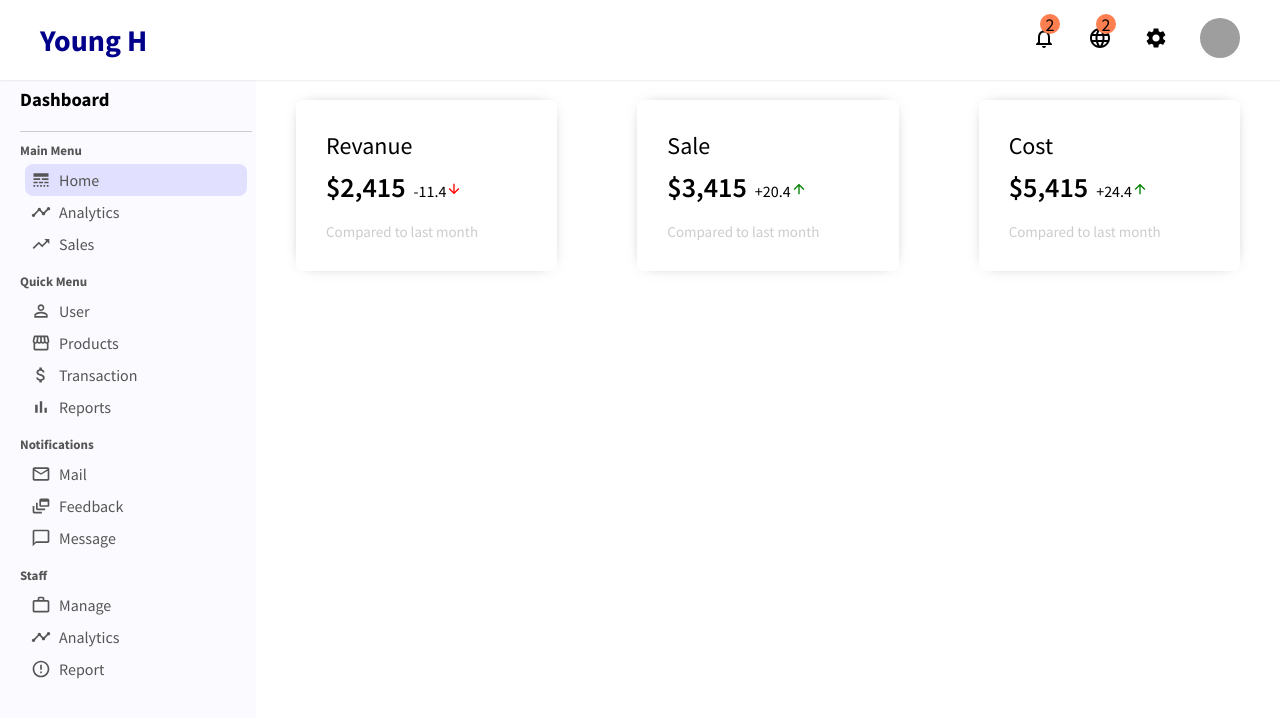
Repository: noname20011/admin
Page: /
An editor plug-in stored every save of this project. The page is shown before and after the next save, followed by the edit.
The browser window is 1280 px wide. The pictures show the whole page.
Pictures or frames that could not be fetched are drawn as grey boxes. The project was rebuilt for these pictures with package versions that can differ from the ones it lists, and the page was loaded fresh each time.

Above is the page before, as saved 2021-11-13 11:20:18.

After the next save:
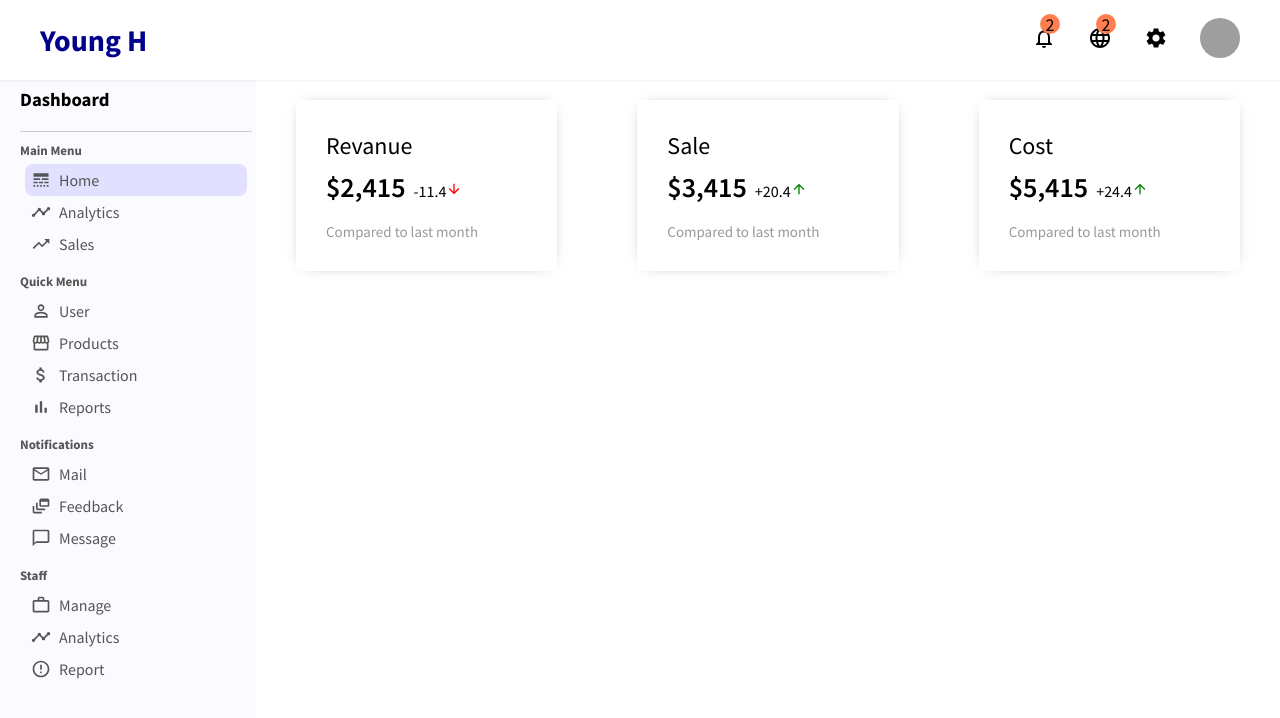
Saved 5 s later.
--- a/src/comopnents/featureInfo/feature.css
+++ b/src/comopnents/featureInfo/feature.css
@@ -43,6 +43,6 @@
 }
 
 .featuredSub {
-    color: #ccc;
+    color: #999;
     font-size: 15px;
 }
